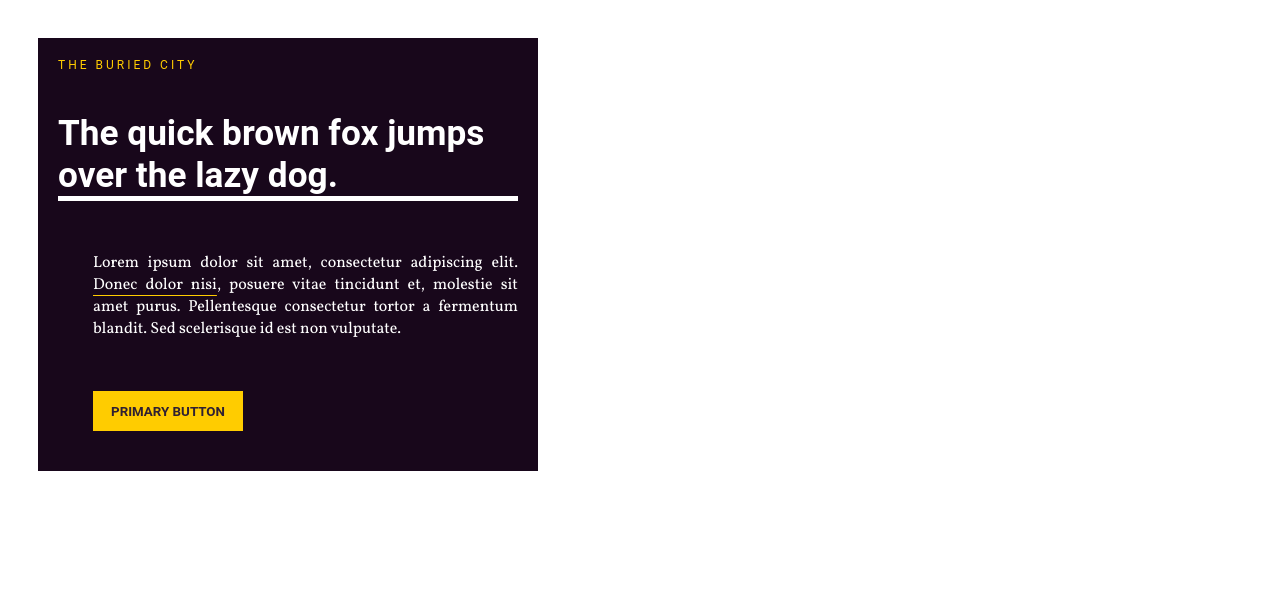
Repository: rafigabriel/TP2---Web-I
Page: ex03-css/index.html
The author's editor kept a copy of each file at every save. The page is drawn from the files as they stood at one save, then again after the next save.
The browser window is 1280 px wide. The pictures show the whole page.

Above is the page before, as saved 2024-09-09 18:22:00.

### ex03-css/index.html
<!DOCTYPE html>
<html lang="pt-br">
    <head>
        <meta charset="UTF-8">
        <meta name="viewport" content="width=device-width, initial-scale=1.0">
        <title>Exercicio 3</title>
        <link rel="stylesheet" href="style.css">
        <link rel="preconnect" href="https://fonts.googleapis.com">
        <link rel="preconnect" href="https://fonts.gstatic.com" crossorigin>
        <link
            href="https://fonts.googleapis.com/css2?family=Roboto+Condensed:ital,wght@0,100..900;1,100..900&display=swap"
            rel="stylesheet">
        <link rel="preconnect" href="https://fonts.googleapis.com">
        <link rel="preconnect" href="https://fonts.gstatic.com" crossorigin>
        <link
            href="https://fonts.googleapis.com/css2?family=Vollkorn:ital,wght@0,400..900;1,400..900&display=swap"
            rel="stylesheet">

    </head>
    <body>
        <div id="container">
            <p id="secao">The buried city</p>
            <h1>The quick brown fox jumps over the lazy dog.</h1>
            <p>Lorem ipsum dolor sit amet, consectetur adipiscing elit. <a
                    id="link"
                    href="#">Donec dolor nisi</a>, posuere vitae tincidunt et,
                molestie sit amet purus. Pellentesque consectetur tortor a
                fermentum
                blandit. Sed scelerisque id est non vulputate.</p>
            <p>
                <button>Primary button</button>
            </p>

        </div>

    </body>
</html>

### ex03-css/style.css
body{
    width: 500px;
    color: #231900;
    padding: 30px;
}

#container{
    background-color: #18071B;
    padding: 20px;
}

h1{
    font-size: 2.2em;
    font-family: "Roboto", sans-serif;
    font-style: normal;
    font-weight: 700;
    color: white;
    margin-bottom: 0;
    margin-top: 40px;
    border-bottom: 5px solid white;
}
p{
    text-align: justify;
    padding: 35px;
    padding-right: 0;
    padding-bottom: 0;
    font-family: "Vollkorn", serif;
    font-weight: 400;
    font-style: normal;
    font-size: 1em;
    color: white;
}

#secao{
    padding: 0;
    font-family: "Roboto", sans-serif;
    font-style: normal;
    font-weight: 400;
    font-size: 0.75em;
    color: #FFCC00;
    letter-spacing: 0.25em;
    margin-top: auto;
    text-transform: uppercase;
}

#link{
    font-family: "Vollkorn", serif;
    font-weight: 400;
    color: white;
    text-decoration: underline;
    text-decoration-color: #FFCC00;
    text-decoration-thickness:1px ;
    text-underline-offset: 6px;
}

button{
    display: block;
    background-color: #FFCC00;
    color: #2F2032;
    width: 150px;
    height: 40px;
    border: none;
    font-weight: 700;
    margin-top: 0px;
    font-family: "Roboto", sans-serif;
    text-transform: uppercase;
    text-align: center;
    margin-bottom: 20px;
}

After the next save:
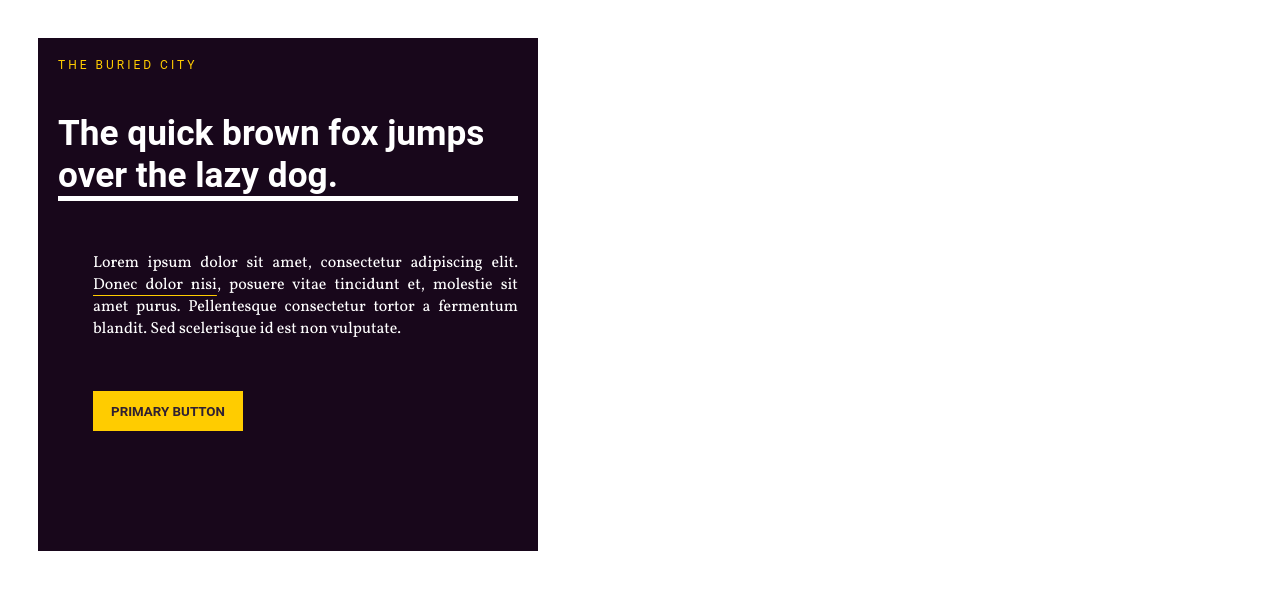
Saved 4 s later.
--- a/ex03-css/style.css
+++ b/ex03-css/style.css
@@ -65,5 +65,5 @@ button{
     font-family: "Roboto", sans-serif;
     text-transform: uppercase;
     text-align: center;
-    margin-bottom: 20px;
+    margin-bottom: 100px;
 }
